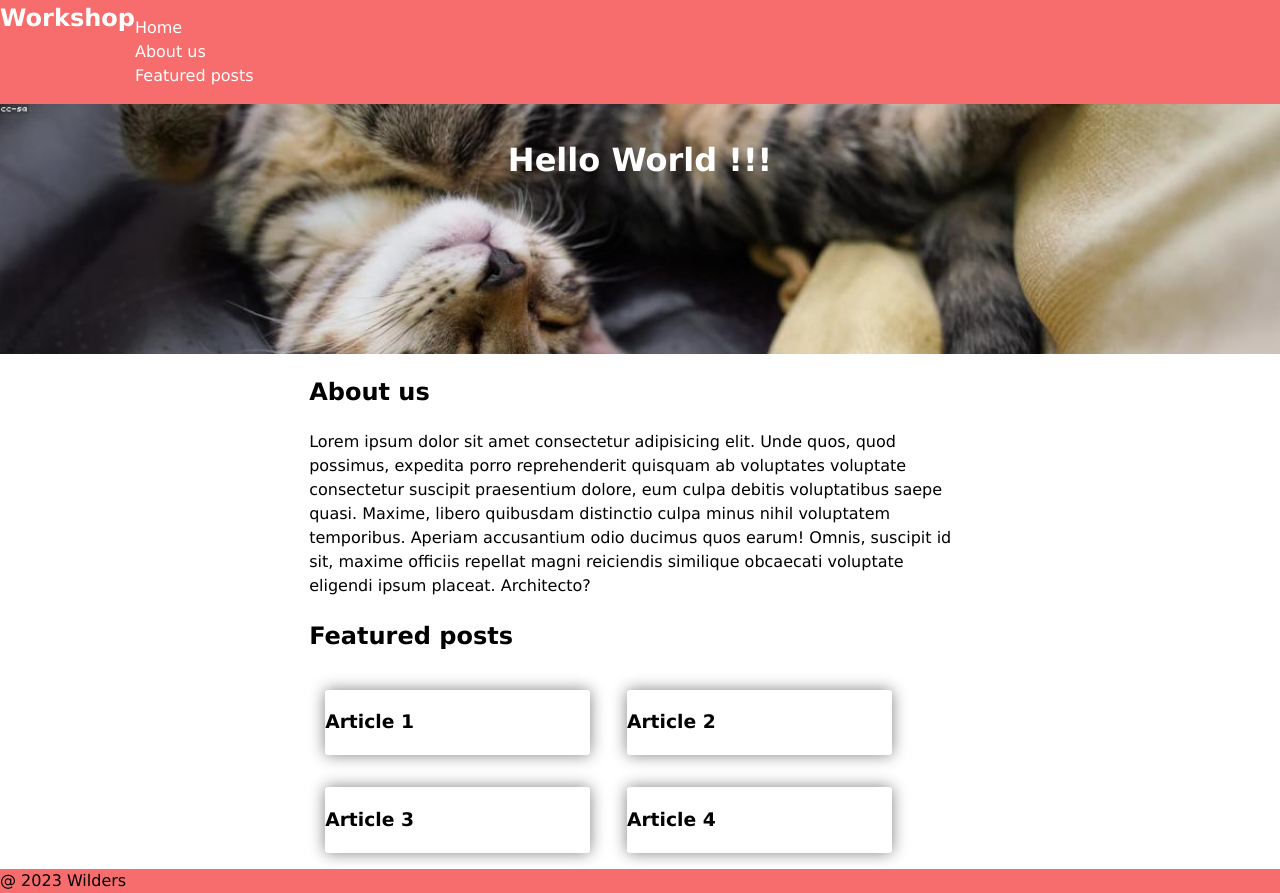
Repository: PPaillard/cssresponsive
Page: index.html
The author's editor kept a copy of each file at every save. The page is drawn from the files as they stood at one save, then again after the next save.
The browser window is 1280 px wide. The pictures show the whole page.

Above is the page before, as saved 2023-03-03 12:20:35.

### index.html
<!DOCTYPE html>
<html lang="en">
  <head>
    <meta charset="UTF-8" />
    <meta http-equiv="X-UA-Compatible" content="IE=edge" />
    <meta name="viewport" content="width=device-width, initial-scale=1.0" />
    <title>Document</title>
    <link rel="stylesheet" href="style.css" />
  </head>
  <body>
    <nav>
      <h2>Workshop</h2>
      <ul>
        <li><a href="#home">Home</a></li>
        <li><a href="#aboutus">About us</a></li>
        <li><a href="#featuredposts">Featured posts</a></li>
      </ul>
    </nav>
    <header>
      <h1>Hello World !!!</h1>
    </header>
    <main>
      <section>
        <h2>About us</h2>
        <p>
          Lorem ipsum dolor sit amet consectetur adipisicing elit. Unde quos,
          quod possimus, expedita porro reprehenderit quisquam ab voluptates
          voluptate consectetur suscipit praesentium dolore, eum culpa debitis
          voluptatibus saepe quasi. Maxime, libero quibusdam distinctio culpa
          minus nihil voluptatem temporibus. Aperiam accusantium odio ducimus
          quos earum! Omnis, suscipit id sit, maxime officiis repellat magni
          reiciendis similique obcaecati voluptate eligendi ipsum placeat.
          Architecto?
        </p>
      </section>
      <section>
        <h2>Featured posts</h2>
        <article><h1>Article 1</h1></article>
        <article><h1>Article 2</h1></article>
        <article><h1>Article 3</h1></article>
        <article><h1>Article 4</h1></article>
      </section>
    </main>
    <footer>@ 2023 Wilders</footer>
  </body>
</html>

### style.css
* {
  box-sizing: border-box;
}

body {
  margin: 0;
  line-height: 1.5;
  font-family: Verdana, Geneva, Tahoma, sans-serif;
}

/* Navigation */
nav {
  display: flex;
  background-color: #f76c6c;
  color: #ffffff;
}

nav > h2 {
  margin: 0;
}

nav ul {
  margin: 0;
  padding: 1rem 0 1rem 0;
  display: flex;
  flex-direction: column;
}

nav ul li {
  list-style: none;
}

nav ul li a {
  color: white;
  text-decoration: none;
}
/* fin de navigation */
/* header */

header {
  min-height: 250px;
  text-align: center;
  background-image: url("65535_52214085447_ec2bf04bd7_h_1200_300_nofilter.jpg");
  background-repeat: no-repeat;
  background-size: cover;
}
header h1 {
  color: white;
  margin: 0;
  padding-top: 2rem;
}

section {
  margin: 0 auto;
  max-width: 65ch;
}

section article {
  display: inline-block;
  width: 40%;
  margin: 1rem;
  border-radius: 0.2rem;
  box-shadow: 0 0 1rem grey;
}

footer {
  background-color: #f76c6c;
}

After the next save:
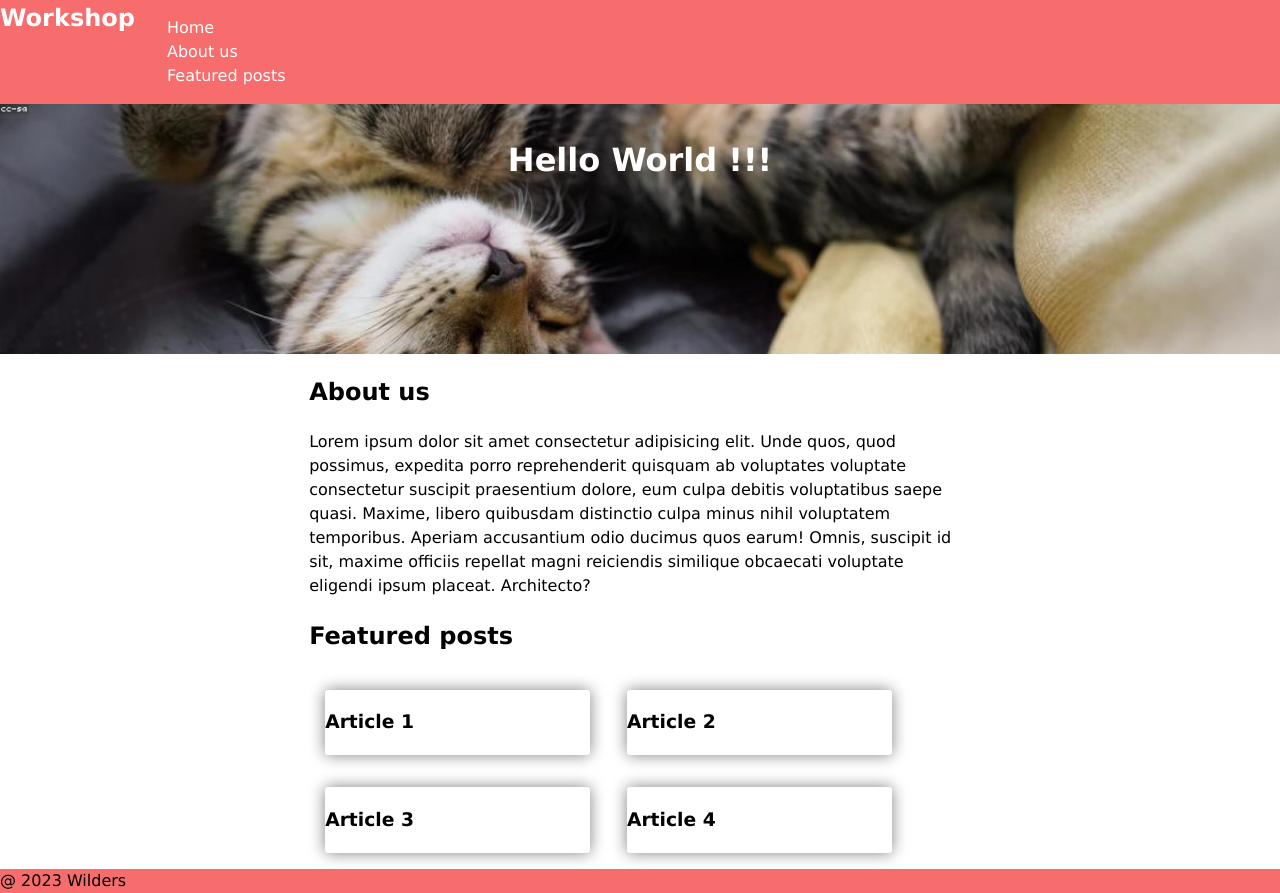
Saved 64 s later.
--- a/style.css
+++ b/style.css
@@ -21,7 +21,7 @@ nav > h2 {
 
 nav ul {
   margin: 0;
-  padding: 1rem 0 1rem 0;
+  padding: 1rem 0 1rem 2rem;
   display: flex;
   flex-direction: column;
 }
